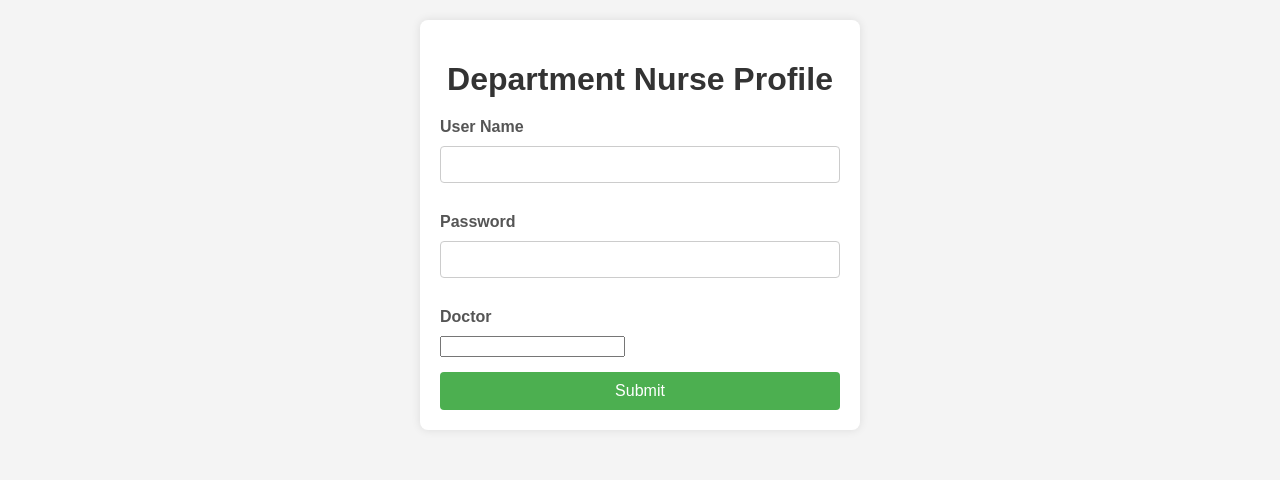
Repository: OmarAl-Saleh/Hospital-Emergency-System
Page: http://localhost/EmergencySystem/department_nurse/sign-up.jsp
An editor plug-in stored every save of this project. The page is shown before and after the next save, followed by the edit.
The browser window is 1280 px wide. The pictures show the whole page.
The page is served by Tomcat 9.

Above is the page before, as saved 2024-05-25 17:52:43.

After the next save:
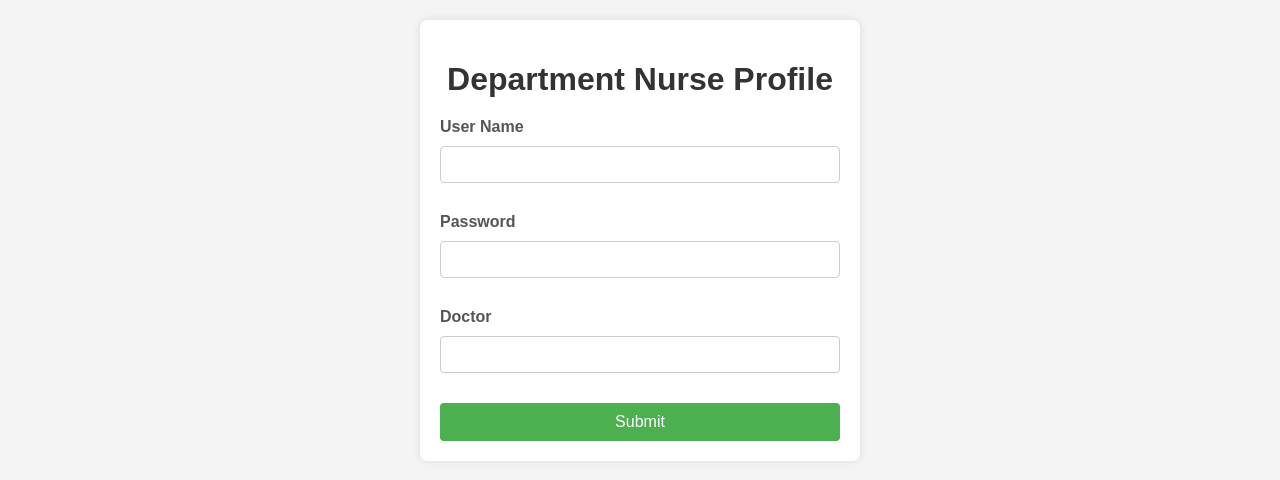
Saved 35 s later.
--- a/EmergencySystem/EmergencySystem/src/main/webapp/department_nurse/sign-up.jsp
+++ b/EmergencySystem/EmergencySystem/src/main/webapp/department_nurse/sign-up.jsp
@@ -77,7 +77,7 @@
         </div>
         <div class="form-group">
             <label for="doctor">Doctor</label>
-            <input type="doctor" id="doctor" name="doctor" required/>
+            <input type="text" id="doctor" name="doctor" required/>
         </div>
         <input type="submit" value="Submit"/>
     </form>
